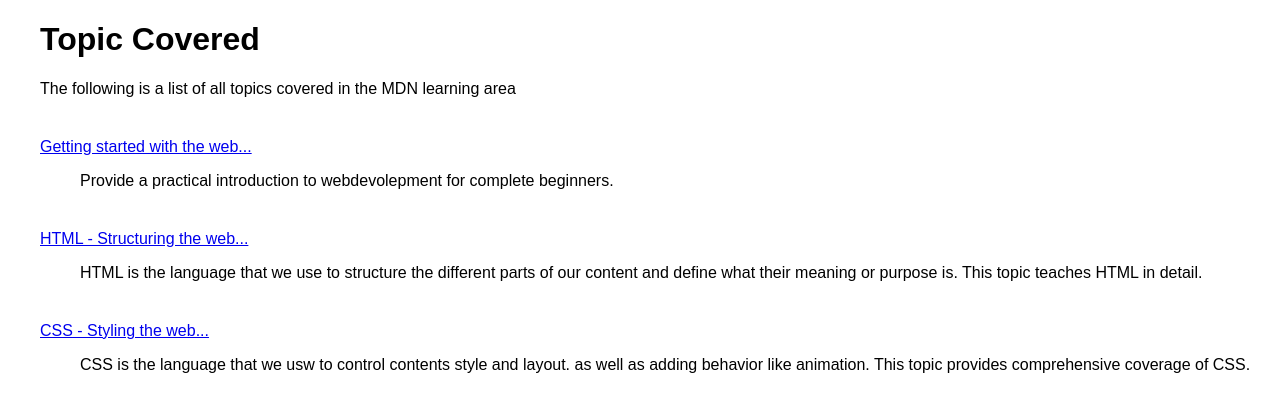
Repository: sriram1224/ReactProjects.github.io
Page: Assignments/Assignment2/index.html
These files come from the project's save history. The page is drawn as it stood at one moment and after the next save; the edit follows.
The browser window is 1280 px wide. The pictures show the whole page.

Above is the page before, as saved 2024-03-01 10:32:48.

After the next save:
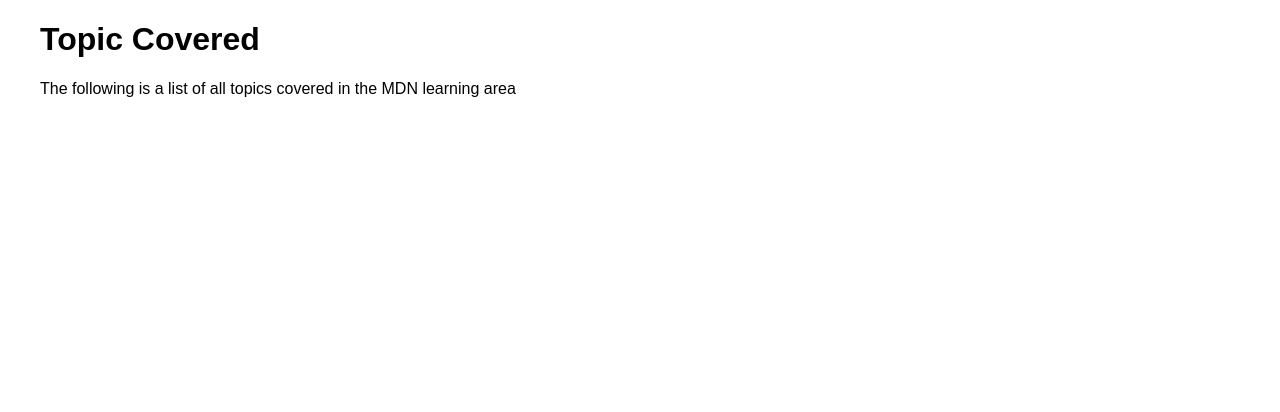
Saved 8 min 33 s later.
--- a/Assignments/Assignment2/index.html
+++ b/Assignments/Assignment2/index.html
@@ -64,16 +64,6 @@
       ]),
       React.createElement('p', {}, ''),]);
 
-    const TopicList = () => React.createElement(
-      'div',
-      null,
-      [
-
-
-
-
-      ]
-    );
 
     ReactDOM.render(
       React.createElement(
@@ -81,8 +71,6 @@
         null,
         [
           React.createElement(TopicHeader),
-          React.createElement(TopicDescription),
-          React.createElement(TopicList)
         ]
       ),
       document.getElementById('root')
